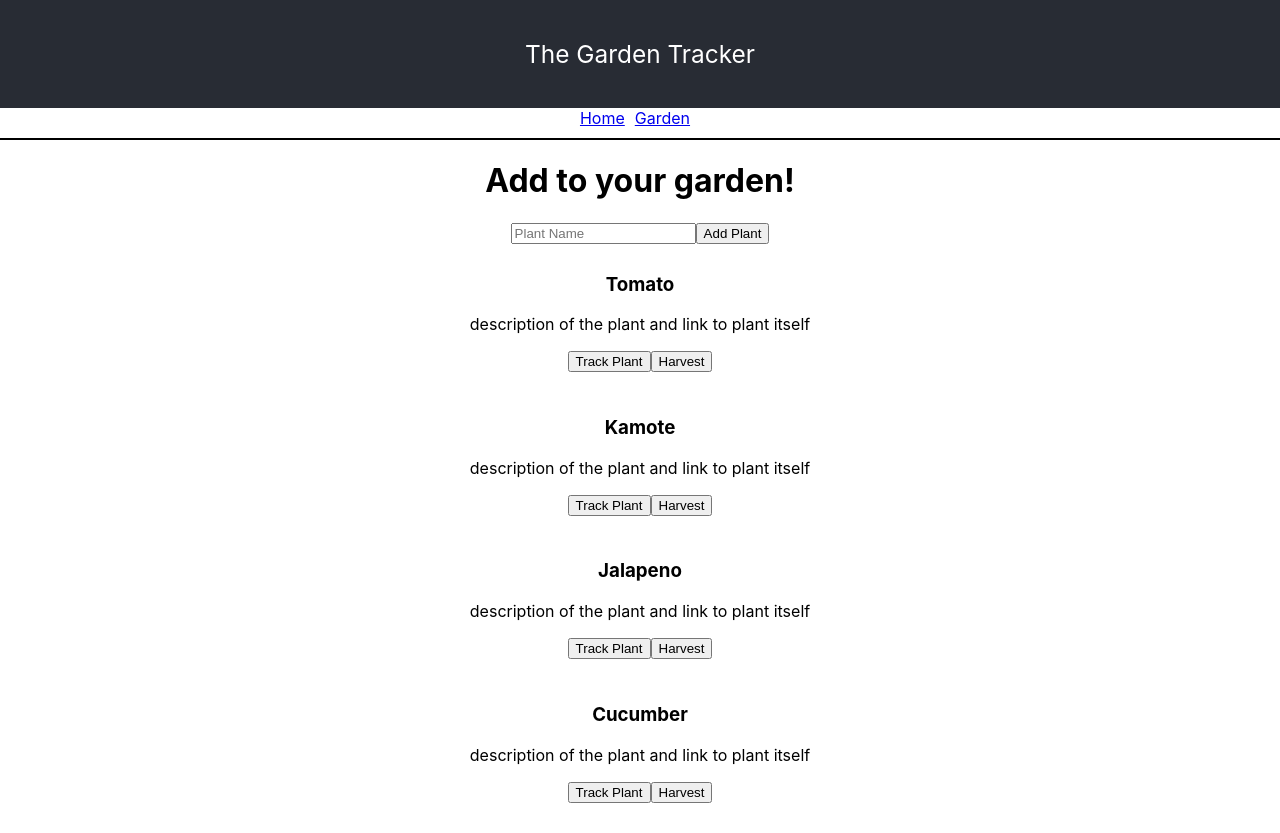
Repository: charliejp0311/gardentracker
Page: /garden
The author's editor kept a copy of each file at every save. The page is drawn from the files as they stood at one save, then again after the next save.
The browser window is 1280 px wide. The pictures show the whole page.
The project was rebuilt for these pictures with package versions that can differ from the ones it lists, and the page was loaded fresh each time. Also part of the build but not shown: src/components/GardenHome.js, src/components/Harvest.js.

Above is the page before, as saved 2020-10-30 10:01:52.

After the next save:
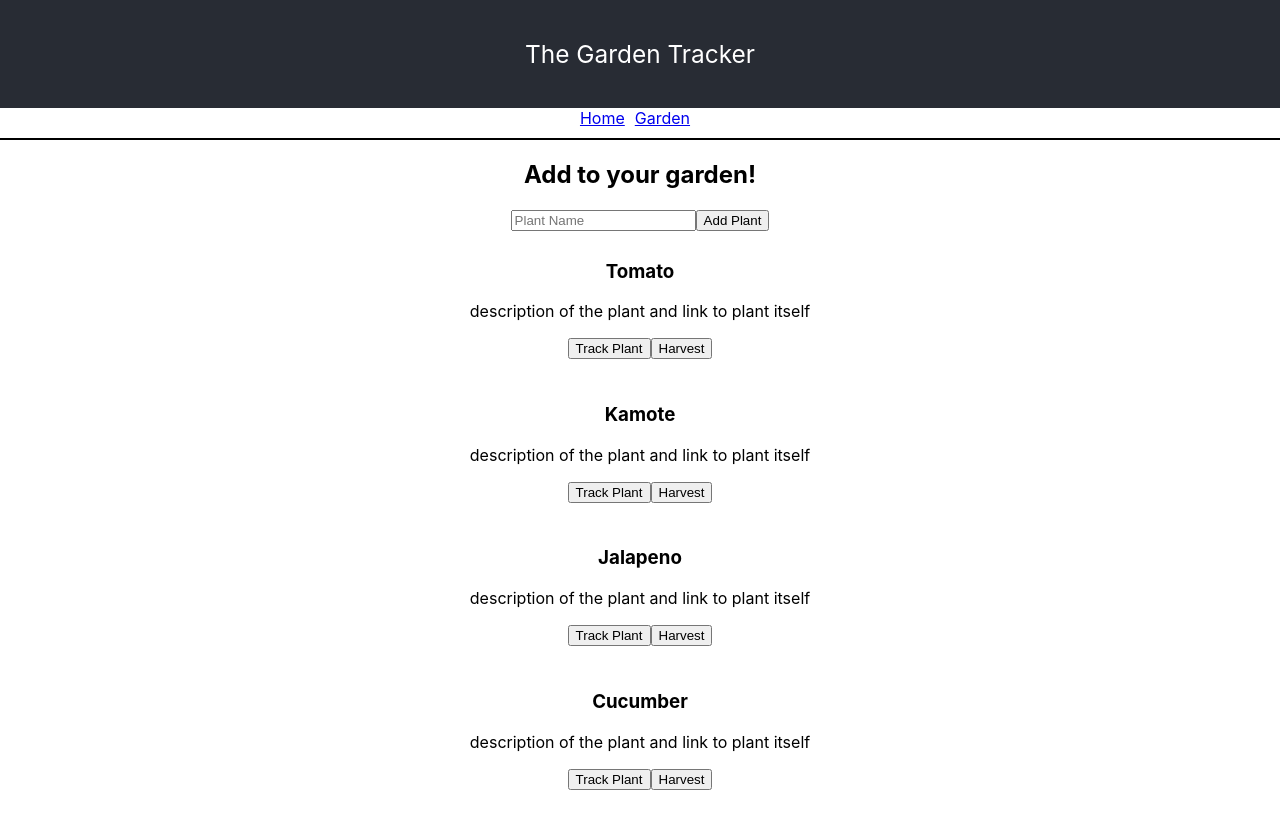
Saved 61 min 56 s later.
--- a/src/components/Garden.js
+++ b/src/components/Garden.js
@@ -11,7 +11,7 @@ class Garden extends Component{
         // console.log(this.props)
         return(
             <div className='garden-container' >
-                <h1>Add to your garden!</h1>
+                <h2>Add to your garden!</h2>
                 <CreatePlant />
                 <PlantList plants={this.props.garden.plants} />
                 {/* <Harvest harvest={this.state.harvest} /> */}
